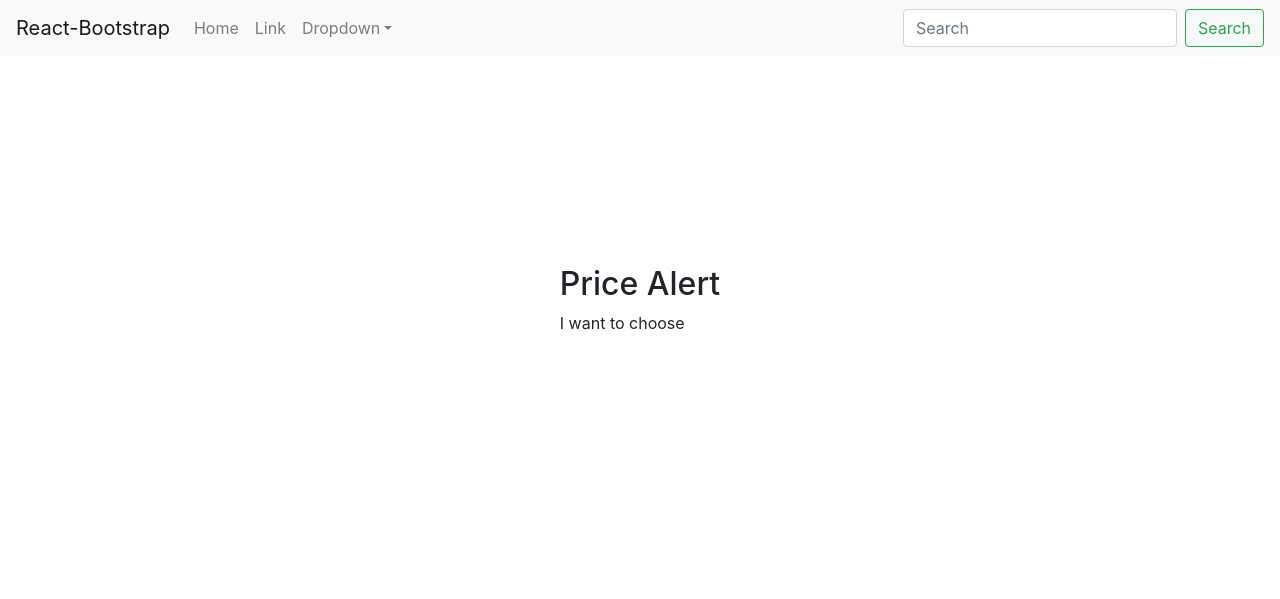
Repository: flychicken123/PriceAlertFront
Page: /
An editor plug-in stored every save of this project. The page is shown before and after the next save, followed by the edit.
The browser window is 1280 px wide. The pictures show the whole page.
The project was rebuilt for these pictures with package versions that can differ from the ones it lists, and the page was loaded fresh each time. Also part of the build but not shown: src/App.css.

Above is the page before, as saved 2021-03-05 20:31:05.

### public/index.html
<!DOCTYPE html>
<html lang="en">
  <head>
    <meta charset="utf-8" />
    <link rel="icon" href="%PUBLIC_URL%/favicon.ico" />
    <meta name="viewport" content="width=device-width, initial-scale=1" />
    <meta name="theme-color" content="#000000" />
    <meta
      name="description"
      content="Web site created using create-react-app"
    />
    <link rel="apple-touch-icon" href="%PUBLIC_URL%/logo192.png" />
    <!--
      manifest.json provides metadata used when your web app is installed on a
      user's mobile device or desktop. See https://developers.google.com/web/fundamentals/web-app-manifest/
    -->
    <link rel="manifest" href="%PUBLIC_URL%/manifest.json" />
    <link
  rel="stylesheet"
  href="https://cdn.jsdelivr.net/npm/bootstrap@4.6.0/dist/css/bootstrap.min.css"
  integrity="sha384-B0vP5xmATw1+K9KRQjQERJvTumQW0nPEzvF6L/Z6nronJ3oUOFUFpCjEUQouq2+l"
  crossorigin="anonymous"
/>
<link rel="stylesheet" href="https://fonts.googleapis.com/css?family=Roboto:300,400,500,700&display=swap" />

    <!--
      Notice the use of %PUBLIC_URL% in the tags above.
      It will be replaced with the URL of the `public` folder during the build.
      Only files inside the `public` folder can be referenced from the HTML.

      Unlike "/favicon.ico" or "favicon.ico", "%PUBLIC_URL%/favicon.ico" will
      work correctly both with client-side routing and a non-root public URL.
      Learn how to configure a non-root public URL by running `npm run build`.
    -->
    <title>React App</title>
  </head>
  <body>
    <noscript>You need to enable JavaScript to run this app.</noscript>
    <div id="root"></div>
    <!--
      This HTML file is a template.
      If you open it directly in the browser, you will see an empty page.

      You can add webfonts, meta tags, or analytics to this file.
      The build step will place the bundled scripts into the <body> tag.

      To begin the development, run `npm start` or `yarn start`.
      To create a production bundle, use `npm run build` or `yarn build`.
    -->
  </body>
</html>

### src/App.js
import logo from './logo.svg';
import './App.css';
import { BrowserRouter as Router, Switch, Route } from 'react-router-dom';
import TopNavbar from './components/TopNavbar';
import Home from './components/Home.jsx';
const App = () => {
  return (
    <Router>
      <TopNavbar />
      <Switch>
        <Route path='/' component={Home} />
      </Switch>
    </Router>
  )
}

export default App;

### src/components/TopNavbar.jsx
import React, { Component } from 'react';
import { Button, Navbar, Nav, NavDropdown, Form, FormControl } from "react-bootstrap";
const TopNavbar = () => {
    return (
        <div>
            <Navbar bg="light" expand="lg">
                <Navbar.Brand href="#home">React-Bootstrap</Navbar.Brand>
                <Navbar.Toggle aria-controls="basic-navbar-nav" />
                <Navbar.Collapse id="basic-navbar-nav">
                    <Nav className="mr-auto">
                        <Nav.Link href="#home">Home</Nav.Link>
                        <Nav.Link href="#link">Link</Nav.Link>
                        <NavDropdown title="Dropdown" id="basic-nav-dropdown">
                            <NavDropdown.Item href="#action/3.1">Action</NavDropdown.Item>
                            <NavDropdown.Item href="#action/3.2">Another action</NavDropdown.Item>
                            <NavDropdown.Item href="#action/3.3">Something</NavDropdown.Item>
                            <NavDropdown.Divider />
                            <NavDropdown.Item href="#action/3.4">Separated link</NavDropdown.Item>
                        </NavDropdown>
                    </Nav>
                    <Form inline>
                        <FormControl type="text" placeholder="Search" className="mr-sm-2" />
                        <Button variant="outline-success">Search</Button>
                    </Form>
                </Navbar.Collapse>
            </Navbar>
        </div>
    )
};
export default TopNavbar

### src/components/Home.jsx
import React, { Component } from 'react';
import { Form, DropdownButton, Dropdown, Row, Col } from 'react-bootstrap';

const Home = () => {
    return (
        <div className='mainControl' >
            <container fluid="md">

                <div style={{ display: 'flex', justifyContent: 'center', alignItems: 'center', height: '70vh' }}>
                    <Form>
                        <h2>Price Alert</h2>
                        <Form.Group colcontrolId="formBasicEmail">
                            <text>I want to choose</text>
                        </Form.Group>
                    </Form>

                </div>
            </container>
        </div>
    )
}
export default Home;

Loaded but not shown: src/index.js (common file); src/index.css (common file); src/reportWebVitals.js (common file)

After the next save:
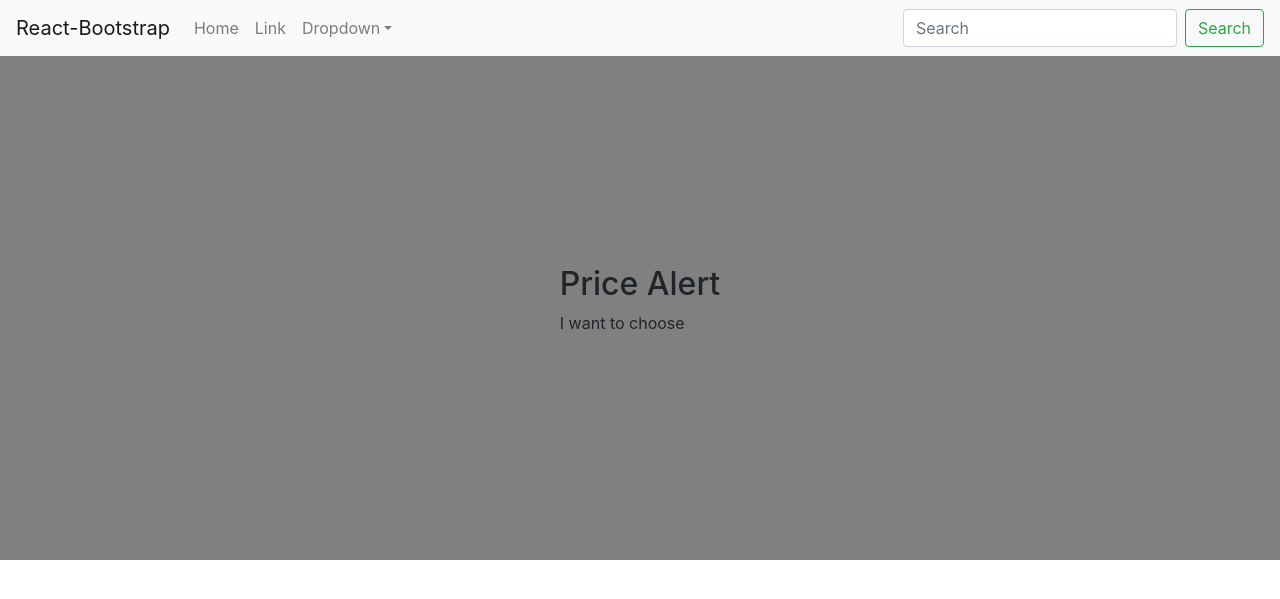
Saved 2 min 7 s later.
--- a/src/components/Home.jsx
+++ b/src/components/Home.jsx
@@ -6,7 +6,7 @@ const Home = () => {
         <div className='mainControl' >
             <container fluid="md">
 
-                <div style={{ display: 'flex', justifyContent: 'center', alignItems: 'center', height: '70vh' }}>
+                <div style={{ display: 'flex', justifyContent: 'center', alignItems: 'center', height: '70vh', backgroundColor: 'grey' }}>
                     <Form>
                         <h2>Price Alert</h2>
                         <Form.Group colcontrolId="formBasicEmail">
